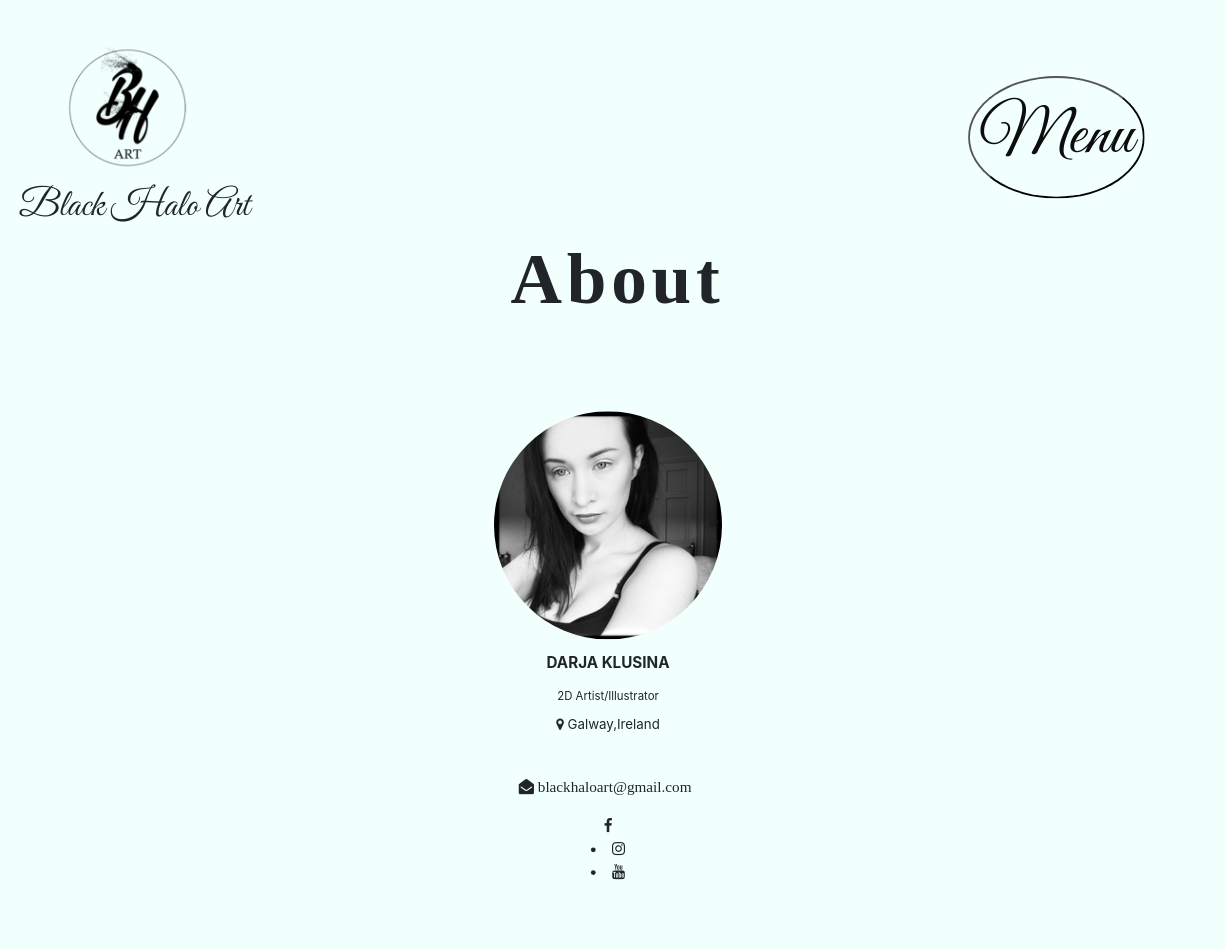
Repository: Cosy-Chaos/project-time
Page: about.html
The author's editor kept a record of every edit. The page is drawn from the files as they stood at one moment, then again after the next edit.
The browser window is 1280 px wide. The page is 1290 px wide, so the pictures cover 1290 px, including what lies to the right of the window. The pictures show the whole page, at 95% of full size.

Above is the page before.

### about.html
<!DOCTYPE html>
<html lang="en">

<head>
    <meta charset="UTF-8">
    <meta name="viewport" content="width=device-width, initial-scale=1.0">
    <meta http-equiv="X-UA-Compatible" content="ie=edge">
    <link href="https://fonts.googleapis.com/css?family=Cinzel|Great+Vibes&display=swap" rel="stylesheet">
    <link rel="stylesheet" href="https://stackpath.bootstrapcdn.com/bootstrap/4.3.1/css/bootstrap.min.css" integrity="sha384-ggOyR0iXCbMQv3Xipma34MD+dH/1fQ784/j6cY/iJTQUOhcWr7x9JvoRxT2MZw1T" crossorigin="anonymous">
    <link rel="stylesheet" href="assets/style_about.css" type="text/css" />
    <link rel="stylesheet" href="https://stackpath.bootstrapcdn.com/font-awesome/4.7.0/css/font-awesome.min.css" type="text/css" />

    <title>Darja Klusina Art</title>
</head>

<body>

    <div class="main-logo">
        <a href="index.html" alt="Main Page"><img src="assets/logo/logo-small.png" alt="Main_Logo"></a></img>
        <div class="name">
            <h1>Black Halo Art</h1>
            <h2>About</h2>
        </div>
        <div class="dropdown">
            <button class="dropbtn">Menu</button>
            <div class="dropdown-content">
                <a href="index.html">Home</a>
                <a href="gallery.html">Gallery</a>
                <a href="about.html">About</a>
                <a href="contact.html">Contact</a>
            </div>
        </div>
    </div>

    <div class="about-main">
        <div class="container-box">
            <img class="circle" width="240" height="240" alt="Darja Klusina" src="assets/pictures/photo_small.jpg"></img>
            <div class="about-name title-font">Darja Klusina</div>
            <div class="about-job-name site-subtitle">2D Artist/Illustrator</div>
            <div class="about-location">
                <span class="fa fa-map-marker">
            </span> Galway,Ireland
            </div>
            <div class="about-email">
                <a href="mailto:blackhaloart@gmail.com">
                <span class="fa fa-envelope-open icon-pad-right">
                    blackhaloart@gmail.com
                </span>
            </a>
            </div>
        </div>
        <div class="social-list">
            <div class="so-item">

                <a href="https://www.facebook.com/blackhaloartist" target="_blank"><i class="fa fa-facebook"></i></a></li>
                <li><a href="https://www.instagram.com/blackhaloart/?fbclid=IwAR0IRtwjyj7-B-Tjv5CWjwHUeW9T6ptEm2dCBusSJtjk9olMUAFV6_Zk6og" target="_blank"><i class="fa fa-instagram"></i></a></li>
                <li><a href="https://www.youtube.com/channel/UCi3hfkN2DdiEeLvPHpxXXuQ?fbclid=IwAR0wBTjIhNcOKGbDGRSvACz2A8fbxU-7GMN3wKTMOusY2LFUkzb-oG_WCSA" target="_blank"><i class="fa fa-youtube"></i></a></li>
            </ul>
            </div>
        </div>
    </div>

</body>

</html>

### assets/style_about.css
body {
    background-color: #f1fffd;
}



.main-logo {
    padding-top: 50px;
    padding-left: 20px;
    margin: 0;
    text-align: left;

}

.main-logo img {
    padding-left: 50px;
}

.main-logo h1 {
    font-family: 'Great Vibes', cursive;
    padding-top: 15px;
    text-align: left;
}

.main-logo h2 {
    text-align: center;
    font-family: 'Fredericka the Great', cursive;
    font-size: 75px;
    font-weight: 600;
    letter-spacing: 5px;
}

.dropbtn {
    background-color: transparent;
    font-family: 'Great Vibes', cursive;
    color: #0d0d0d;
    font-size: 70px;
    padding: 10px;
    border-radius: 100%;
}

.dropdown {
    position: absolute;
    top: 80px;
    right: 75px;
    display: inline-block;
}


.dropdown-content {
    display: none;
    position: absolute;
    background-color: transparent;
    min-width: 185px;
    box-shadow: 0px 2px 8px 0px #191970;
    z-index: 1;
}


.dropdown-content a {
    color: #0d0d0d;
    font-family: 'Great Vibes', cursive;
    text-align: center;
    font-size: 40px;
    padding: 12px 16px;
    text-decoration: none;
    display: block;
}


.dropdown-content a:hover {
    background-color: #ddd;
}


.dropdown:hover .dropdown-content {
    display: block;
}


.dropdown:hover .dropbtn {
    background-color: transparent;
}

.about-main {
    text-align: center;
    margin: 0 -0.625rem;
    padding: 5.375rem 0 4.375rem;
    padding-top: 5.375rem;
    padding-right: 0px;
    padding-bottom: 4.375rem;
    padding-left: 0px;
}

.container-box {
    margin-left: auto;
    margin-right: auto;
    padding-left: 0.9375rem;
    padding-right: 0.9375rem;
    width: 100%;
}

.circle {
    border-radius: 50%;
}

.container-box img {

    border-style: none;
}

.about-name {
    font-family: ;
    font-weight: 700;
    text-transform: uppercase;
    margin-top: 0.75rem;
}

.about-position {
    margin-top: -0.375rem;
}

.site-subtitle {
    font-size: 0.75rem;
    color: ;
    margin-top: 0.9375rem;
}

.about-location {
    font-size: 0.875rem;
    margin-top: 0.5662rem;
}

.icon-pad-right {
    margin-right: 0.375rem;
}

.fa,
.fa-map-marker {
    -webkit-font-smoothing: antialiased;
    display: inline-block;
    font-style: normal;
    font-variant: normal;
    text-rendering: auto;
    line-height: 1;
}

.about-email {
    margin-top: 2.125rem;
    margin-bottom: 0.4375rem;
}

.about-email a {
    display: inline-block;
    vertical-align: top;
    background: var(--about-link-bg);
    border: 0.0625rem solid var(--social-circle-border);
    color: var(--social-circle-color);
    padding: 0.625rem 1.1875rem;
    border-radius: 1.5rem;
}

a,
.active a {
    color: var(--link-color);
    text-decoration: none;
    -webkit-transition: color 0.25s cubic-bezier(0.45, 0.3, 0.15, 0.95), opacity 0.25s cubic-bezier(0.45, 0.3, 0.15, 0.95);
    transition: color 0.25s cubic-bezier(0.45, 0.3, 0.15, 0.95), opacity 0.25s cubic-bezier(0.45, 0.3, 0.15, 0.95);
}

a {
    background-color: transparent;
}

.icon-pad-right {
    margin-right: 0.375rem;
}

.fa {
    font-weight: 400;

}

.fa,
.fa-envelope-open {
    -webkit-font-smoothing: antialiased;
    display: inline-block;
    font-style: normal;
    font-variant: normal;
    text-rendering: auto;
    line-height: 1;
}

After the next edit:
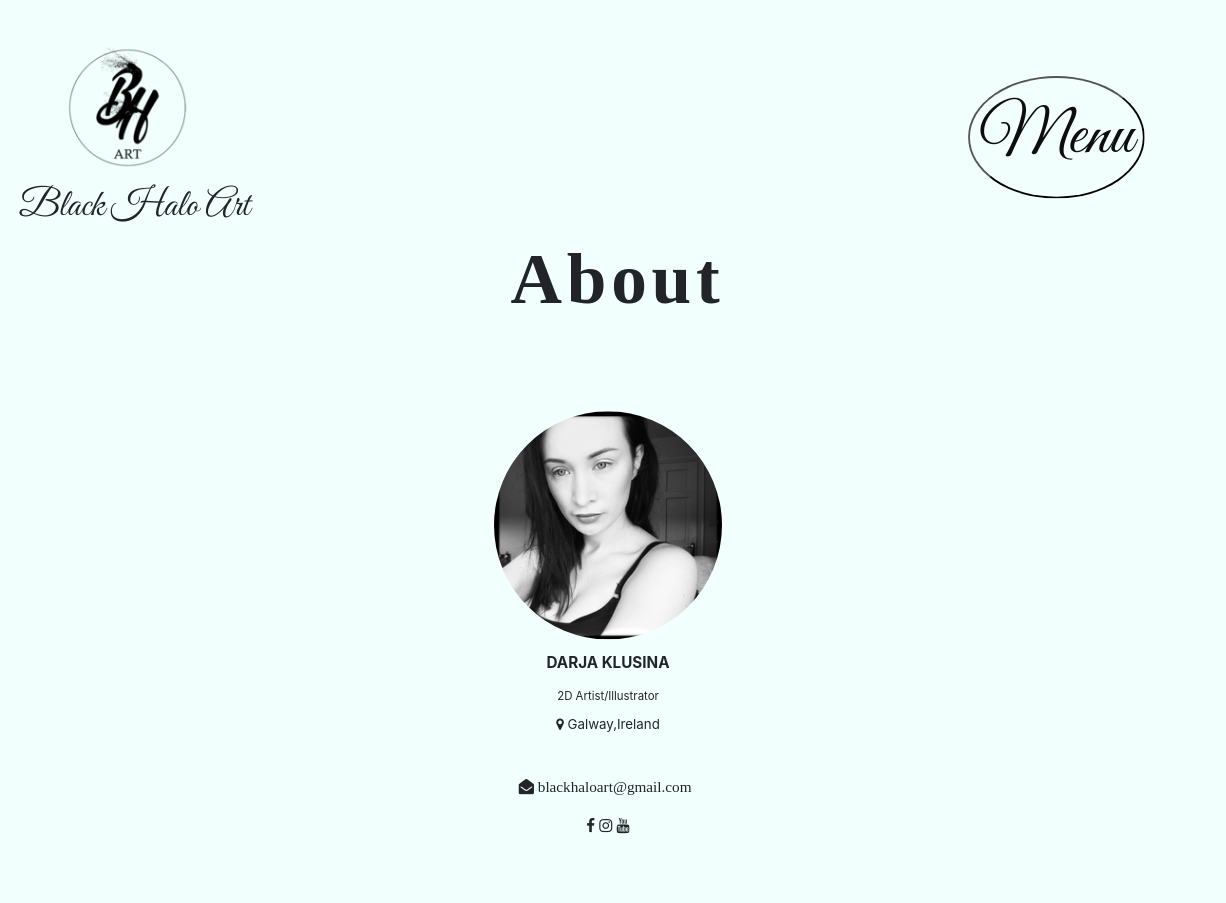
The edit:
--- a/about.html
+++ b/about.html
@@ -53,9 +53,9 @@
             <div class="so-item">
 
                 <a href="https://www.facebook.com/blackhaloartist" target="_blank"><i class="fa fa-facebook"></i></a></li>
-                <li><a href="https://www.instagram.com/blackhaloart/?fbclid=IwAR0IRtwjyj7-B-Tjv5CWjwHUeW9T6ptEm2dCBusSJtjk9olMUAFV6_Zk6og" target="_blank"><i class="fa fa-instagram"></i></a></li>
-                <li><a href="https://www.youtube.com/channel/UCi3hfkN2DdiEeLvPHpxXXuQ?fbclid=IwAR0wBTjIhNcOKGbDGRSvACz2A8fbxU-7GMN3wKTMOusY2LFUkzb-oG_WCSA" target="_blank"><i class="fa fa-youtube"></i></a></li>
-            </ul>
+                <a href="https://www.instagram.com/blackhaloart/?fbclid=IwAR0IRtwjyj7-B-Tjv5CWjwHUeW9T6ptEm2dCBusSJtjk9olMUAFV6_Zk6og" target="_blank"><i class="fa fa-instagram"></i></a>
+                <a href="https://www.youtube.com/channel/UCi3hfkN2DdiEeLvPHpxXXuQ?fbclid=IwAR0wBTjIhNcOKGbDGRSvACz2A8fbxU-7GMN3wKTMOusY2LFUkzb-oG_WCSA" target="_blank"><i class="fa fa-youtube"></i></a>
+
             </div>
         </div>
     </div>
